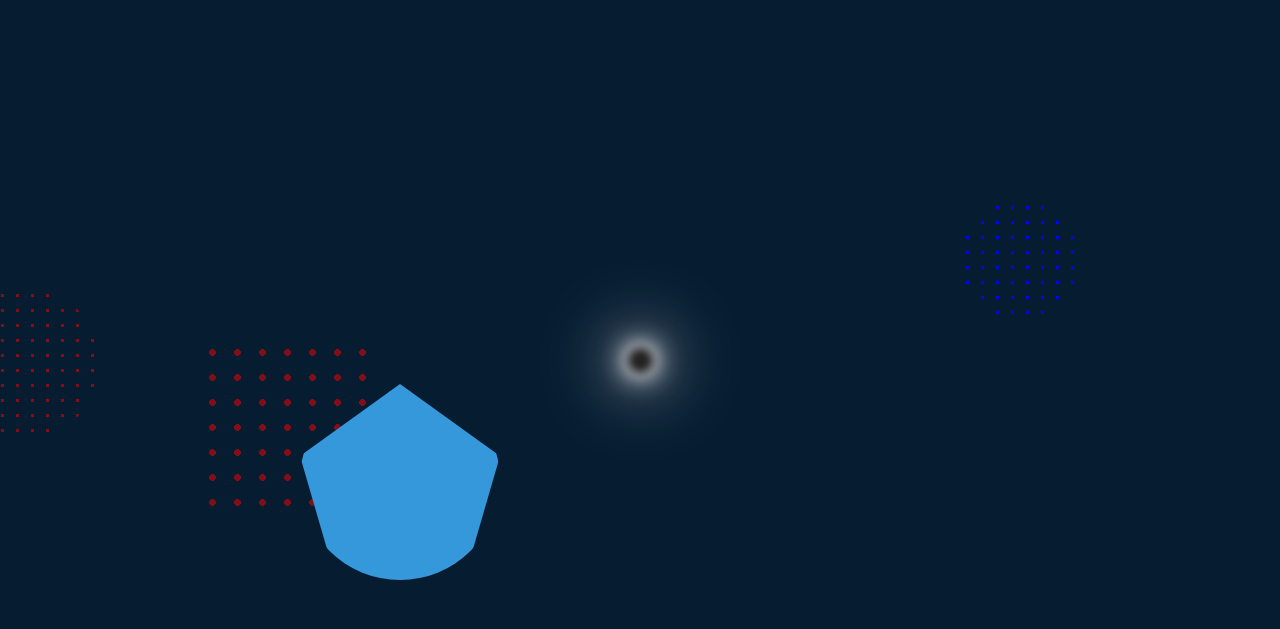
Repository: AdeniranZion/RC-Academy
Page: http://localhost/test/page.php
An editor plug-in stored every save of this project. The page is shown before and after the next save, followed by the edit.
The browser window is 1280 px wide. The pictures show the whole page.
The page is run by PHP 8.4 with error messages shown; the project is at /var/www/html/.

Above is the page before, as saved 2024-06-24 12:00:52.

After the next save:
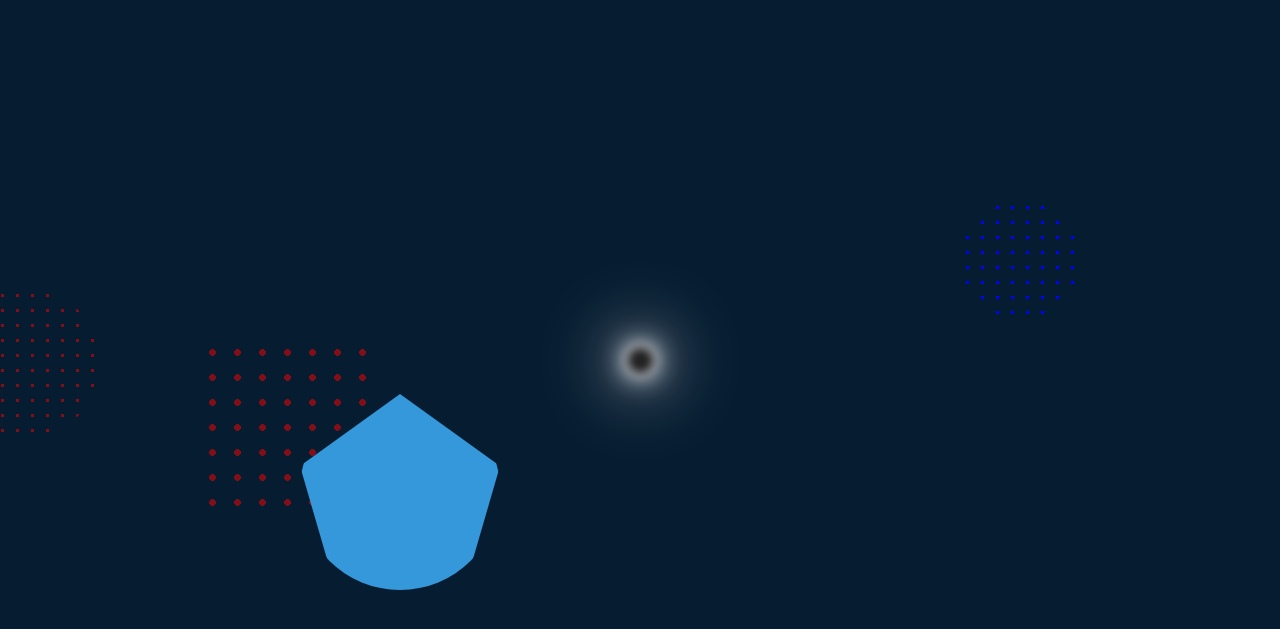
Saved 6 s later.
--- a/test/page.php
+++ b/test/page.php
@@ -26,7 +26,7 @@
     .triangle {
       position: fixed;
       left: 300px;
-      bottom: 140px;
+      bottom: 130px;
       width: 200px; /* Adjust width as needed */
       height: 200px; /* Adjust height as needed */
       clip-path: polygon(50% 2%, 100% 38%, 82% 100%, 18% 100%, 0% 38%);
